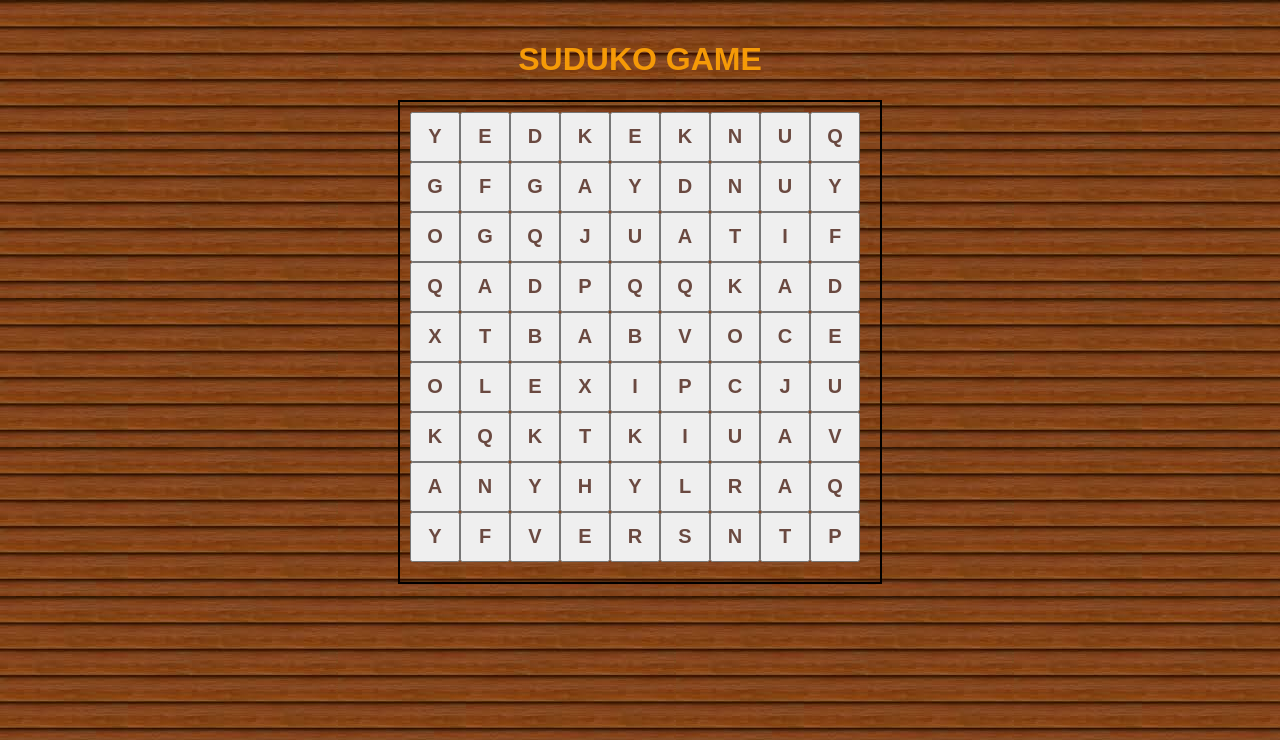
Repository: ahmad8969/Suduko-Game-React-App
Page: /
An editor plug-in stored every save of this project. The page is shown before and after the next save, followed by the edit.
The browser window is 1280 px wide. The pictures show the whole page.
Some web fonts or font styles are not loaded; a fallback is used. The project was rebuilt for these pictures with package versions that can differ from the ones it lists, and the page was loaded fresh each time.

Above is the page before, as saved 2021-03-04 15:43:37.

### src/index.js
import React from 'react';
import ReactDOM from 'react-dom';
import './index.css';
import Board from './board';
import reportWebVitals from './reportWebVitals';

ReactDOM.render(
  <React.StrictMode>
    <Board />
  </React.StrictMode>,
  document.getElementById('root')
);

// If you want to start measuring performance in your app, pass a function
// to log results (for example: reportWebVitals(console.log))
// or send to an analytics endpoint. Learn more: https://bit.ly/CRA-vitals
reportWebVitals();

### src/board.js
import React  from 'react';   //{useState}
import './App.css';
import Block from './components/block'
import NineBlock from './components/nineBlockComponent';


function Board () {
  const nine_block_Element_into_Nine = [1,2,3,4,5,6,7,8,9];
  const single_block_Into_Nine = [1,2,3,4,5,6,7,8,9];

  const Click = (idOfSpecificButton,i,j,e) =>{
    console.log(e.target.value)
    document.getElementById(idOfSpecificButton).style.color="green"
    XaxisSelection(i);
    YaxisSelection(j);
    DiagonalSelectionUpward(idOfSpecificButton);
    DiagonalSelectionDownward(idOfSpecificButton);
    DiagonalSelectionDownwardLeftDown(idOfSpecificButton);
    DiagonalSelectionUpwardLeftUp(idOfSpecificButton);
  }
  const XaxisSelection = (i)=>{
    for(let xAxis= 0; xAxis<=8; xAxis++){
      let creatId= i+ xAxis;
      document.getElementById(creatId).style.backgroundColor="green"
    }
  }

  const YaxisSelection = (i)=> {
    for(let xAxis1= 0; xAxis1<=8; xAxis1++){
      let creatId=  xAxis1 +i;

      document.getElementById(creatId).style.backgroundColor="yellow"
    }
  }

  const DiagonalSelectionUpward = (selectedId)=>{
  let array_of_length= nine_block_Element_into_Nine.length;
  console.log(array_of_length);
  console.log(typeof(array_of_length));
  let get_the_id_of_current_box= parseInt(selectedId);
  console.log(get_the_id_of_current_box);
    for(let hello=get_the_id_of_current_box; hello>=0; hello-=array_of_length){
      if(hello<=9){
        var concatination = 0+`${hello}`;
        document.getElementById(concatination).style.backgroundColor="red";
      } else if(hello==19 || hello==29 || hello==39 || hello==49 || hello==59 || hello==69 || hello==79){
        return;
      }
      else{
        document.getElementById(hello).style.backgroundColor="red";
      }

    }
  }
        const DiagonalSelectionUpwardLeftUp = (selectedId)=>{
          let array_of_length= 2 + nine_block_Element_into_Nine.length;
          console.log(array_of_length);
          console.log(typeof(array_of_length));
          let get_the_id_of_current_box= parseInt(selectedId);
          console.log(get_the_id_of_current_box);
            for(let hello=get_the_id_of_current_box; hello>=0; hello-=array_of_length){
              if(hello<=9){
                var concatination = 0+`${hello}`;
                document.getElementById(concatination).style.backgroundColor="indigo";
                return;

              } else if( hello==9 || hello==19 || hello==29 || hello==39 || hello==49 || hello==59 || hello==69 || hello==79){
                return;
              }
              else{
                document.getElementById(hello).style.backgroundColor="indigo";
              }

            }
          }


        const DiagonalSelectionDownward= (selectedId)=>{
          let array_of_length= nine_block_Element_into_Nine.length;
          console.log(array_of_length);
          console.log(typeof(array_of_length));
          let get_the_id_of_current_box= parseInt(selectedId);
          console.log(get_the_id_of_current_box);
    for(let hello=get_the_id_of_current_box; hello<=88; hello+=array_of_length){
      if(hello==0){
        return;
      }
      else if(hello<=9){
        var concatination = 0+`${hello}`;
        document.getElementById(concatination).style.backgroundColor="pink";
      } else if(hello==19 || hello==29 || hello==39 || hello==49 || hello==59 || hello==69 || hello==79){
        return;
      }
      else{
        document.getElementById(hello).style.backgroundColor="pink";
      }

    }
        }
        const DiagonalSelectionDownwardLeftDown= (selectedId)=>{
          let array_of_length= 2 +  nine_block_Element_into_Nine.length;
  console.log(array_of_length);
  console.log(typeof(array_of_length));
  let get_the_id_of_current_box= parseInt(selectedId);
  console.log(get_the_id_of_current_box);
    for(let hello=get_the_id_of_current_box; hello<=88; hello+=array_of_length){
      if(hello==0){
        return;
      }
      else if(hello<=9){
        var concatination = 0+`${hello}`;
        document.getElementById(concatination).style.backgroundColor="blue";
      } else if(hello==19 || hello==29 || hello==39 || hello==49 || hello==59 || hello==69 || hello==79){
        return;
      }
      else{
        document.getElementById(hello).style.backgroundColor="blue";
      }

    }
        }
        const gettingRandomNumber = () => {
          let random = Math.floor(Math.random() * (65 - 90)) + 90;
          const character = String.fromCharCode(random);
          return character;
        }



  return (

    <div className="App">
    <h1>SUDUKO GAME </h1>
    <div className="board_nine_block_Style">
    {nine_block_Element_into_Nine.map((s,i)=>{
      return(
      <div>
      <NineBlock id={i}>
        {single_block_Into_Nine.map((s,j)=>


          <Block rowId={i} value={gettingRandomNumber()} click={(e)=>{Click(`${i}${j}`,`${i}`,`${j}`,e)}} colId={j} keys={`${i}${j}`}></Block>

        )}

      </NineBlock>
      </div>
      )
    })
    }
    </div>
    </div>
  );
}

export default Board;

### src/App.css
@import url('http://fonts.cdnfonts.com/css/game');
.App {
  text-align: center;
  background-image: url('images/download.jpg');
  color:rgb(245, 154, 7);
  padding-top:20px;
  font-family: 'GAME', sans-serif;
  /* display: flex; */
   height: 100vh !important;
  /* width: 490px !important; */
  margin: 0 auto;

}

.board_nine_block_Style{
  height: 460px !important;
  width: 460px !important;
  border:2px solid black !important;
  padding: 10px;
  margin:  auto !important;
  /* display: flex; */
  /* grid-column-gap: 0px !important;
  grid-row-gap: 0px !important;
  grid-template-columns:repeat(3,1fr)!important; */
}
.heading{
  color: white;
  text-align:center;
  padding-top:50px!important;
  /* margin-top: 10px!important; */
  font-size: 30px;

}


/* @keyframes App-logo-spin {
  from {
    transform: rotate(0deg);
  }
  to {
    transform: rotate(360deg);
  }
} */

### src/components/block.js
import React from 'react';
import './block.css'


const Block = (props)=>{
    var uniqueId = `${props.rowId}`+ `${props.colId}` ;
return(
    <div className="button_block">
    <button id={props.keys} onClick={props.click} value={props.value}> {props.value}</button>
    </div>

)
}

export default Block;

### src/components/nineBlockComponent.js
import React from 'react';
import Block from './block'
import './block.css'

const NineBlockBox = (props) =>{

    return (
        <div className="nine_block_Style">
            {props.children}
        </div>
    )
}
export default NineBlockBox;




// {single_block_Into_Nine.map((s,i)=>{
//     let random = Math.floor(Math.random() * (49 - 57)) + 57;
//     const character = String.fromCharCode(random);

//   return(
//     <div>
//       {/* <Block keyId={i} boardId={props.id}  number={character}/> */}
//       {props.children}
//       </div>
//   )
//   })}

### src/components/block.css
.button_block button{
    height: 50px !important;
    width: 50px !important;
    /* background-image: url('../images/wood.jpg'); */
    /* background-color: aquamarine !important; */
    margin: 0!important;
    font-size: 20px!important;
    font-weight:600;
    /* color:rgb(109,84,62); */
    color: #6a4940;
}
.nine_block_Style{
    /* height: 150px !important;
    width: 150px !important; */
    /* border:2px solid rgb(245, 154, 7) !important; */
    display: flex;
    /* margin: auto!important; */

    /* grid-template-columns:repeat(3,1fr)!important;
    grid-column-gap: 0px !important;
    grid-row-gap: 0px !important; */
}
.button_block1{
    height: 40px !important;
    width: 40px !important;
    /* background-image: url('../images/wood.jpg'); */
    /* background-color: aquamarine !important; */
    margin: 0!important;
    font-size: 20px!important;
    font-weight:600;
    /* border:2px solid black; */
    /* color:rgb(109,84,62); */
    color: #6a4940;
}

Loaded but not shown: public/index.html (common file); src/index.css (common file); src/reportWebVitals.js (common file)

After the next save:
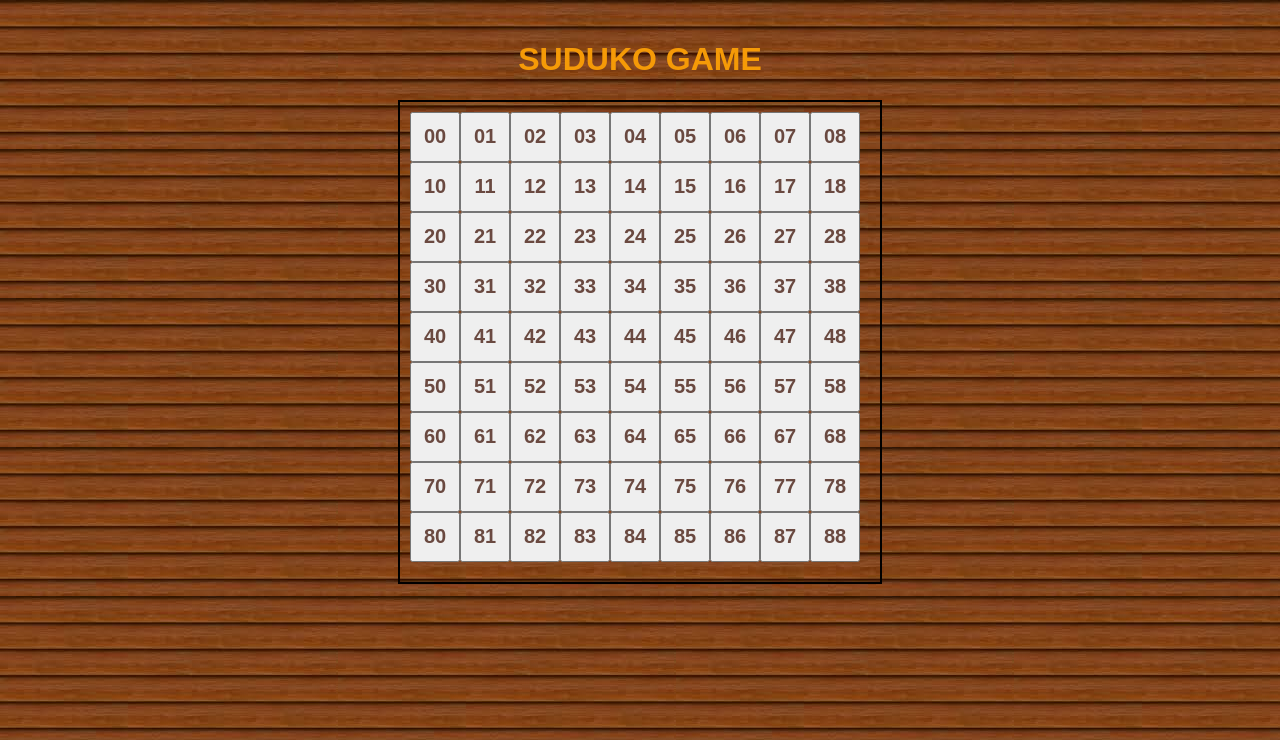
Saved 55 s later.
--- a/src/components/block.js
+++ b/src/components/block.js
@@ -6,7 +6,7 @@
     var uniqueId = `${props.rowId}`+ `${props.colId}` ;
 return(
     <div className="button_block">
-    <button id={props.keys} onClick={props.click} value={props.value}> {props.value}</button>
+    <button id={props.keys} onClick={props.click} value={props.value}> {uniqueId}</button>
     </div>
 
 )

After the 4 saves that followed:
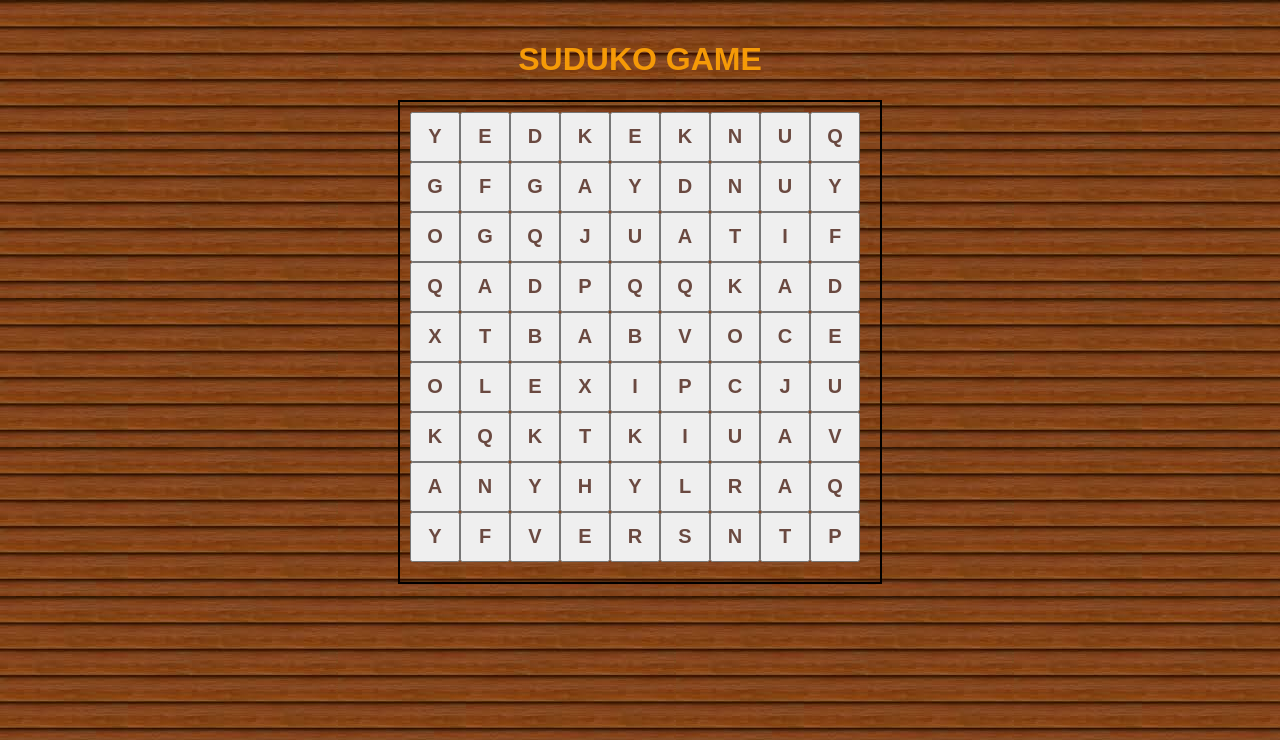
The 4 saves are shown as one change because 3 left the picture as it was.
The last was saved 13 min 18 s later.
--- a/src/board.js
+++ b/src/board.js
@@ -21,7 +21,7 @@ function Board () {
   const XaxisSelection = (i)=>{
     for(let xAxis= 0; xAxis<=8; xAxis++){
       let creatId= i+ xAxis;
-      document.getElementById(creatId).style.backgroundColor="green"
+      document.getElementById(creatId).style.backgroundColor="indigo"
     }
   }
 
@@ -29,7 +29,7 @@ function Board () {
     for(let xAxis1= 0; xAxis1<=8; xAxis1++){
       let creatId=  xAxis1 +i;
 
-      document.getElementById(creatId).style.backgroundColor="yellow"
+      document.getElementById(creatId).style.backgroundColor="indigo"
     }
   }
 
@@ -41,13 +41,16 @@ function Board () {
   console.log(get_the_id_of_current_box);
     for(let hello=get_the_id_of_current_box; hello>=0; hello-=array_of_length){
       if(hello<=9){
+        if(hello==9){
+          return;
+        }else{
         var concatination = 0+`${hello}`;
-        document.getElementById(concatination).style.backgroundColor="red";
+        document.getElementById(concatination).style.backgroundColor="indigo";}
       } else if(hello==19 || hello==29 || hello==39 || hello==49 || hello==59 || hello==69 || hello==79){
         return;
       }
       else{
-        document.getElementById(hello).style.backgroundColor="red";
+        document.getElementById(hello).style.backgroundColor="indigo";
       }
 
     }
@@ -87,12 +90,12 @@ function Board () {
       }
       else if(hello<=9){
         var concatination = 0+`${hello}`;
-        document.getElementById(concatination).style.backgroundColor="pink";
+        document.getElementById(concatination).style.backgroundColor="indigo";
       } else if(hello==19 || hello==29 || hello==39 || hello==49 || hello==59 || hello==69 || hello==79){
         return;
       }
       else{
-        document.getElementById(hello).style.backgroundColor="pink";
+        document.getElementById(hello).style.backgroundColor="indigo";
       }
 
     }
@@ -109,12 +112,12 @@ function Board () {
       }
       else if(hello<=9){
         var concatination = 0+`${hello}`;
-        document.getElementById(concatination).style.backgroundColor="blue";
-      } else if(hello==19 || hello==29 || hello==39 || hello==49 || hello==59 || hello==69 || hello==79){
+        document.getElementById(concatination).style.backgroundColor="indigo";
+      } else if( hello==19 || hello==29 || hello==39 || hello==49 || hello==59 || hello==69 || hello==79){
         return;
       }
       else{
-        document.getElementById(hello).style.backgroundColor="blue";
+        document.getElementById(hello).style.backgroundColor="indigo";
       }
 
     }
--- a/src/components/block.js
+++ b/src/components/block.js
@@ -6,7 +6,7 @@
     var uniqueId = `${props.rowId}`+ `${props.colId}` ;
 return(
     <div className="button_block">
-    <button id={props.keys} onClick={props.click} value={props.value}> {uniqueId}</button>
+    <button id={props.keys} onClick={props.click} value={props.value}> {props.value}</button>
     </div>
 
 )
